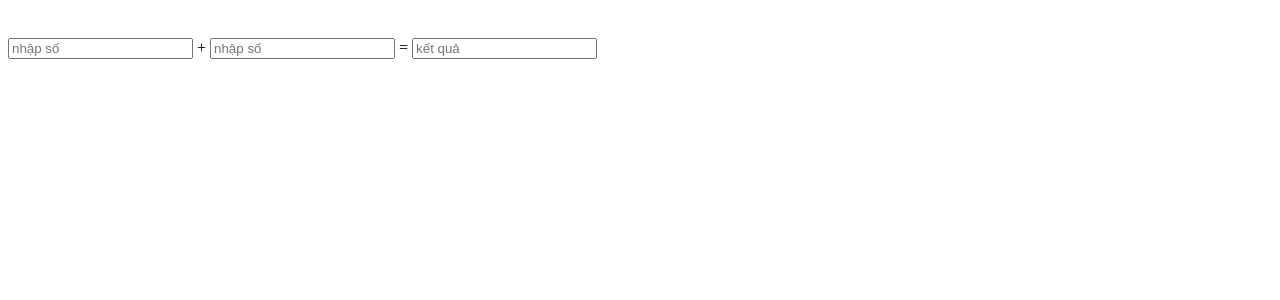
Repository: phunobi1807/quadraticEquation2
Page: index.html
The author's editor kept a copy of each file at every save. The page is drawn from the files as they stood at one save, then again after the next save.
The browser window is 1280 px wide. The pictures show the whole page.

Above is the page before, as saved 2022-07-25 10:35:35.
Not found: css/currency.default.css

### index.html
<!DOCTYPE html>
<html lang="en">
  <head>
    <meta charset="UTF-8" />
    <meta http-equiv="X-UA-Compatible" content="IE=edge" />
    <meta name="viewport" content="width=device-width, initial-scale=1.0" />
    <title>Document</title>
    <script
      src="https://code.jquery.com/jquery-3.6.0.slim.min.js"
      integrity="sha256-u7e5khyithlIdTpu22PHhENmPcRdFiHRjhAuHcs05RI="
      crossorigin="anonymous"
    ></script>
    <script src="./myjs.js"></script>
    <link rel="stylesheet" href="./styles.css" />
    <script
      src="https://code.jquery.com/jquery-3.6.0.slim.min.js"
      integrity="sha256-u7e5khyithlIdTpu22PHhENmPcRdFiHRjhAuHcs05RI="
      crossorigin="anonymous"
    ></script>
    <link type="text/css" rel="stylesheet" href="css/currency.default.css">
  </head>

  <body>
    <input type="text" class="number" value="" placeholder="nhập số" /> +
    <input type="text" class="number" value="" placeholder="nhập số" /> =


    <input type="text" class="total" value="" placeholder="kết quả" />
  </body>

</html>

### myjs.js
$(document).on("change", ".number", function () {
  var sum = 0;
  $(".number").each(function () {
    sum += +$(this).val();
  });
  $(".total").val(sum);
});

### styles.css

input.total {
    margin-top: 30px;
}

After the next save:
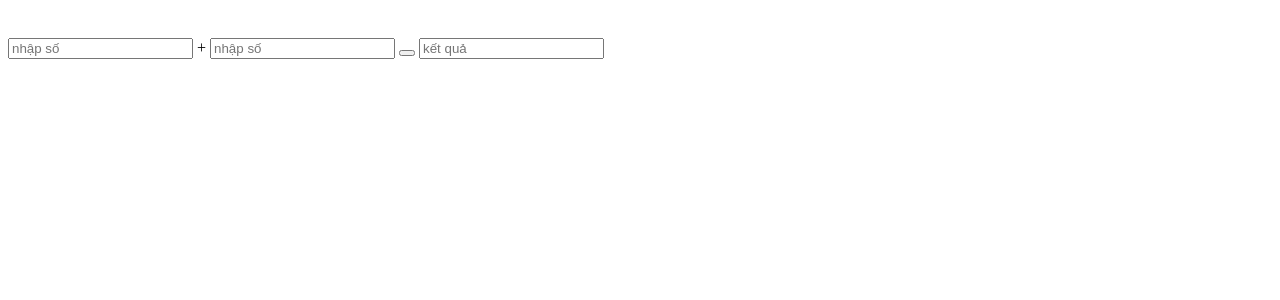
Saved 112 s later.
--- a/index.html
+++ b/index.html
@@ -22,8 +22,8 @@
 
   <body>
     <input type="text" class="number" value="" placeholder="nhập số" /> +
-    <input type="text" class="number" value="" placeholder="nhập số" /> =
-
+    <input type="text" class="number" value="" placeholder="nhập số" />
+    <button type="submit" value="+"></button>
 
     <input type="text" class="total" value="" placeholder="kết quả" />
   </body>
